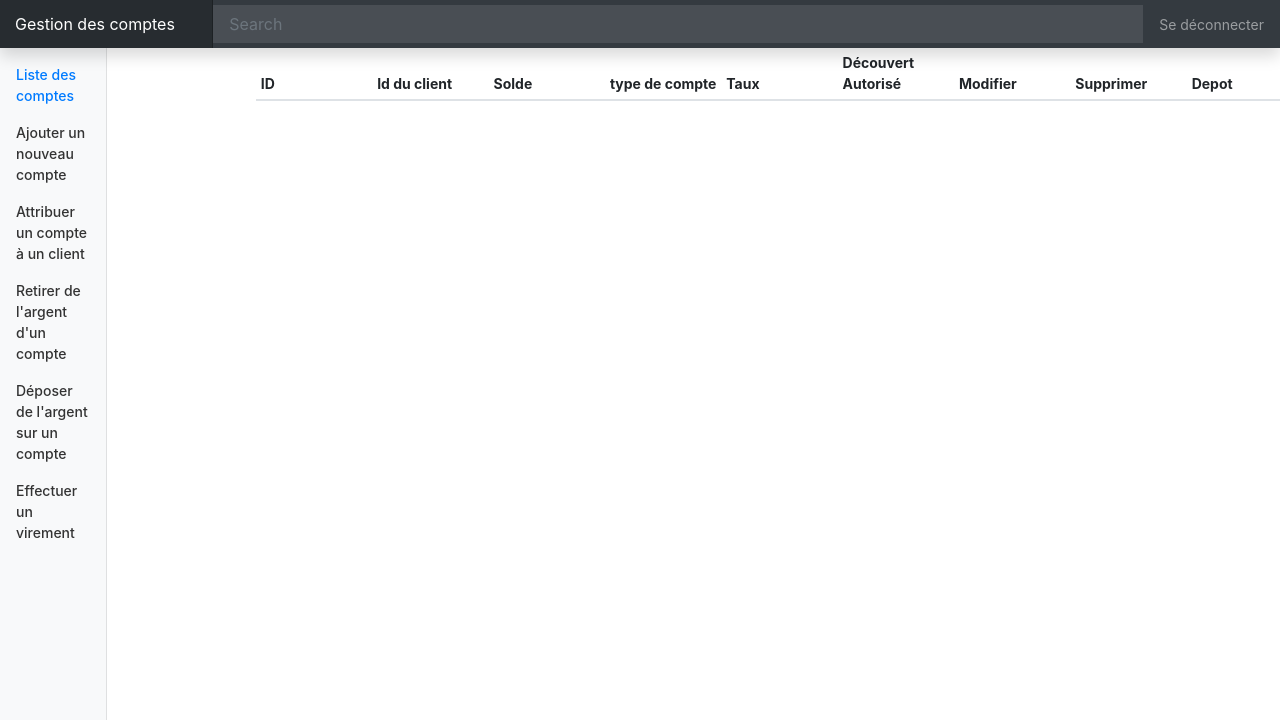
Repository: liiiseee/Projet
Page: http://localhost/02_projet_gestion_clients_compte/menu-comptes.jsp
An editor plug-in stored every save of this project. The page is shown before and after the next save, followed by the edit.
The browser window is 1280 px wide. The pictures show the whole page.
The page is served by Tomcat 9. Other server files are loaded and not shown. The template is opened directly, without the code that normally fills it, so the values that code supplies are empty.

Above is the page before, as saved 2020-03-30 15:34:27.

### 02_projet_gestion_clients_compte/WebContent/menu-comptes.jsp
<%@ page language="java" contentType="text/html; charset=ISO-8859-1"
    pageEncoding="ISO-8859-1"%>

<%@ taglib uri="http://java.sun.com/jsp/jstl/core" prefix="c"%>
<!DOCTYPE html>
<html>
<head>
<meta charset="ISO-8859-1">
<title>liste comptes</title>
<link href="assets/styles/bootstrap.min.css" rel="stylesheet" >

 <style>
      .bd-placeholder-img {
        font-size: 1.125rem;
        text-anchor: middle;
        -webkit-user-select: none;
        -moz-user-select: none;
        -ms-user-select: none;
        user-select: none;
      }

      @media (min-width: 768px) {
        .bd-placeholder-img-lg {
          font-size: 3.5rem;
        }
      }
    </style>
    <!-- Custom styles for this template -->
    <link href="assets/styles/dashboard.css" rel="stylesheet">
</head>
<body>

    <nav class="navbar navbar-dark fixed-top bg-dark flex-md-nowrap p-0 shadow">
  <a class="navbar-brand col-sm-3 col-md-2 mr-0" href="#">Gestion des comptes</a>
  <input class="form-control form-control-dark w-100" type="text" placeholder="Search" aria-label="Search">
  <ul class="navbar-nav px-3">
    <li class="nav-item text-nowrap">
      <a class="nav-link" href="authentification-servlet?destroy=true">Se déconnecter</a>
    </li>
  </ul>
</nav>

<div class="container-fluid" >
  <div class="row">
    <nav class="col-md-1 d-none d-md-block bg-light sidebar" >
      <div class="sidebar-sticky">
        <ul class="nav flex-column">
          <li class="nav-item">
            <a class="nav-link active" href="#">
              <span data-feather="home"></span>
              Liste des comptes <span class="sr-only">(current)</span>
            </a>
          </li>
          <li class="nav-item">
            <a class="nav-link" href="ajout-compte.jsp">
              <span data-feather="file"></span>
              Ajouter un nouveau compte
            </a>
          </li>
          <li class="nav-item">
            <a class="nav-link" href="attribuer-compte.jsp">
              <span data-feather="file"></span>
              Attribuer un compte à un client
            </a>
          </li>
         <li class="nav-item">
          <input type="hidden" name="action" value="liste"/>
            <a class="nav-link" href="menu-retrait.jsp">
              <span data-feather="shopping-cart"></span>
              Retirer de l'argent d'un compte
            </a>
          </li>

          <li class="nav-item">
          <input type="hidden" name="action" value="dep"/>
            <a class="nav-link" href="menu-depot.jsp">
              <span data-feather="users"></span>
             Déposer de l'argent sur un compte
            </a>
          </li>
          <li class="nav-item">
            <a class="nav-link" href="#">
              <span data-feather="bar-chart-2"></span>
              Effectuer un virement
            </a>
          </li>
          </ul>



      </div>
    </nav>
    </div>
    </div>





   <h2>Liste des comptes</h2>

     <div class="table-responsive">
       <table  class="table table-striped table-sm" style="margin-left: 20%">




          <thead >
            <tr>
              	<th class="col-md-1">ID</th>
              	<th class="col-md-1">Id du client</th>
	 			<th class="col-md-1" >Solde</th>
	 			<th class="col-md-1" >type de compte</th>
	 			<th class="col-md-1" >Taux</th>
	 			<th class="col-md-1" >Découvert Autorisé</th>
	 			<th class="col-md-1" >Modifier</th>
	 			<th class="col-md-1">Supprimer</th>
	 			<th class="col-md-1">Depot</th>
	 			<th class="col-md-1">Retrait</th>
	 			<th class="col-md-1">Virement</th>

            </tr>
          </thead>
          <tbody>
            <c:forEach items="${liste_comptes}" var="compte">
	 			<tr>

	 				<td>${compte.idCompte }</td>
	 				<td> ${compte.clientID } </td>
	 				<td> ${compte.solde } </td>
	 				<td> ${compte.typeCompte } </td>
	 				<td> ${compte.taux } </td>
	 				<td> ${compte.decouvert } </td>
	 				<td>
	 					<a href="gestion-compte-servlet?action=modif&id-compte=${compte.idCompte}">modifier</a>
	 				</td>


	 				<td>
	 					<a href="gestion-compte-servlet?action=supp&id-compte=${compte.idCompte}">supprimer</a>
	 				</td>

	 				<td>
	 					<a href="gestion-compte-servlet?action=depot&id-compte=${compte.idCompte}">depot</a>
	 				</td>

	 				<td>
	 					<a href="gestion-compte-servlet?action=retrait&id-compte=${compte.idCompte}">retrait</a>
	 				</td>
	 				<td>
	 					<a href="gestion-compte-servlet?action=virement&id-compte=${compte.idCompte}">virement</a>
	 				</td>




	 				</tr>

            </c:forEach>


          </tbody>

        </table>

            </div>




</body>
</html>

### 02_projet_gestion_clients_compte/WebContent/assets/styles/dashboard.css
@charset "ISO-8859-1";

body {
  font-size: .875rem;
}

.feather {
  width: 16px;
  height: 16px;
  vertical-align: text-bottom;
}

/*
 * Sidebar
 */

.sidebar {
  position: fixed;
  top: 0;
  bottom: 0;
  left: 0;
  z-index: 100; /* Behind the navbar */
  padding: 48px 0 0; /* Height of navbar */
  box-shadow: inset -1px 0 0 rgba(0, 0, 0, .1);
}

.sidebar-sticky {
  position: relative;
  top: 0;
  height: calc(100vh - 48px);
  padding-top: .5rem;
  overflow-x: hidden;
  overflow-y: auto; /* Scrollable contents if viewport is shorter than content. */
}

@supports ((position: -webkit-sticky) or (position: sticky)) {
  .sidebar-sticky {
    position: -webkit-sticky;
    position: sticky;
  }
}

.sidebar .nav-link {
  font-weight: 500;
  color: #333;
}

.sidebar .nav-link .feather {
  margin-right: 4px;
  color: #999;
}

.sidebar .nav-link.active {
  color: #007bff;
}

.sidebar .nav-link:hover .feather,
.sidebar .nav-link.active .feather {
  color: inherit;
}

.sidebar-heading {
  font-size: .75rem;
  text-transform: uppercase;
}

/*
 * Content
 */

[role="main"] {
  padding-top: 133px; /* Space for fixed navbar */
}

@media (min-width: 768px) {
  [role="main"] {
    padding-top: 48px; /* Space for fixed navbar */
  }
}

/*
 * Navbar
 */

.navbar-brand {
  padding-top: .75rem;
  padding-bottom: .75rem;
  font-size: 1rem;
  background-color: rgba(0, 0, 0, .25);
  box-shadow: inset -1px 0 0 rgba(0, 0, 0, .25);
}

.navbar .form-control {
  padding: .75rem 1rem;
  border-width: 0;
  border-radius: 0;
}

.form-control-dark {
  color: #fff;
  background-color: rgba(255, 255, 255, .1);
  border-color: rgba(255, 255, 255, .1);
}

.form-control-dark:focus {
  border-color: transparent;
  box-shadow: 0 0 0 3px rgba(255, 255, 255, .25);
}

Loaded but not shown: 02_projet_gestion_clients_compte/WebContent/assets/styles/bootstrap.min.css (library)

After the next save:
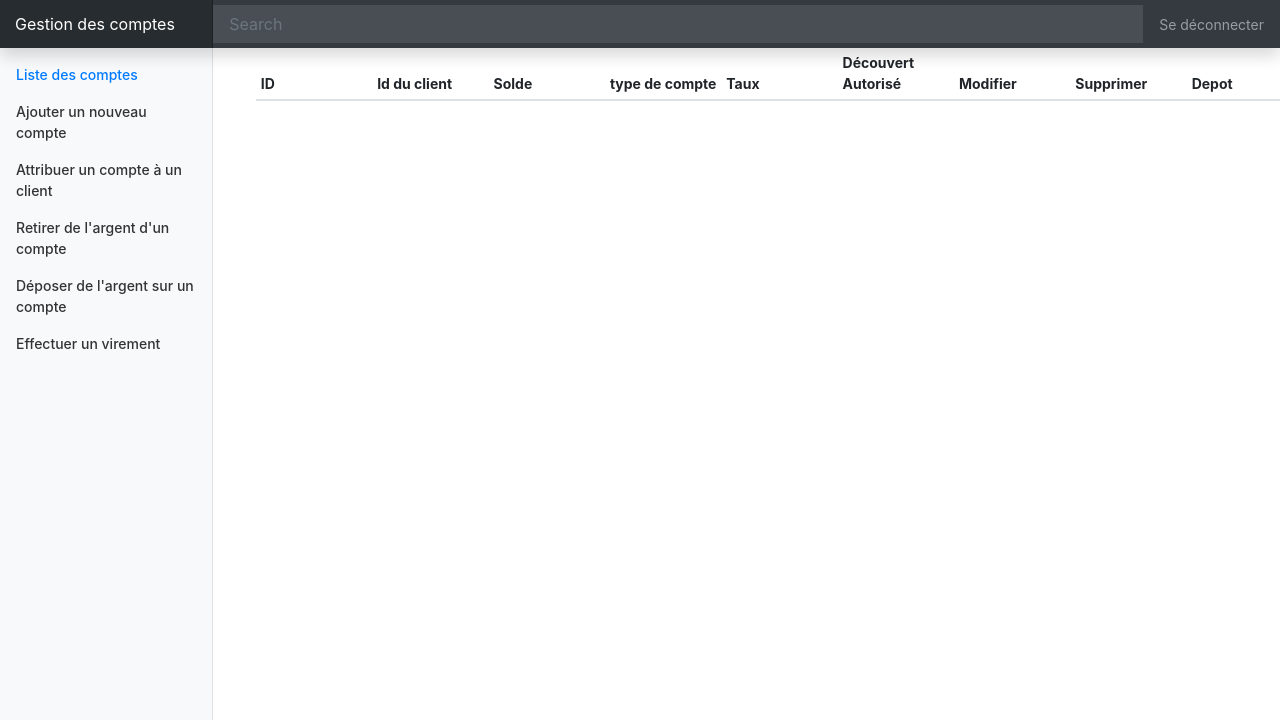
Saved 17 s later.
--- a/02_projet_gestion_clients_compte/WebContent/menu-comptes.jsp
+++ b/02_projet_gestion_clients_compte/WebContent/menu-comptes.jsp
@@ -42,7 +42,7 @@
 
 <div class="container-fluid" >
   <div class="row">
-    <nav class="col-md-1 d-none d-md-block bg-light sidebar" >
+    <nav class="col-md-2 d-none d-md-block bg-light sidebar" >
       <div class="sidebar-sticky">
         <ul class="nav flex-column">
           <li class="nav-item">
